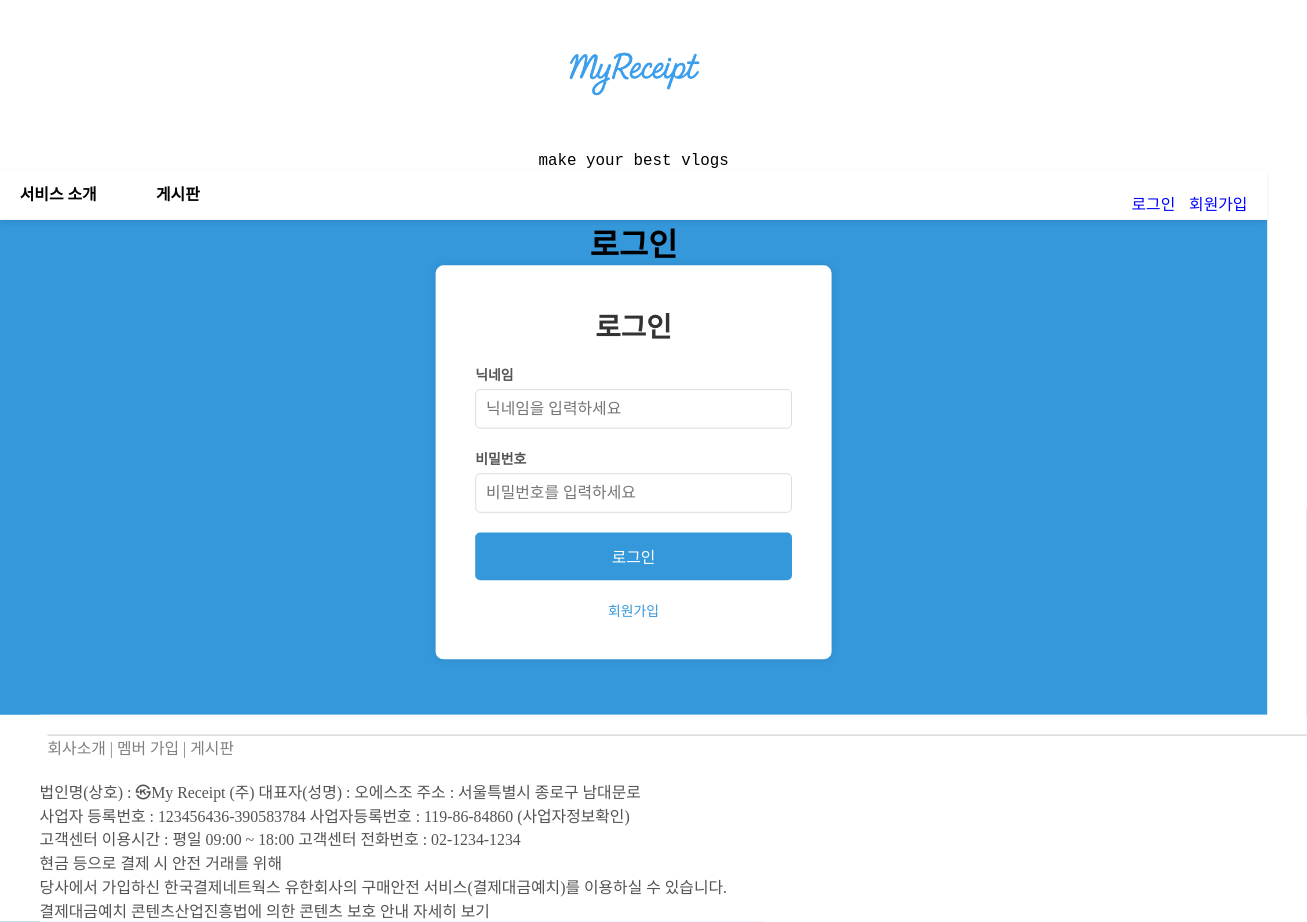
Repository: shong69/mini-project
Page: http://localhost/myReceipt2/login
These files come from the project's save history. The page is drawn as it stood at one moment and after the next save; the edit follows.
The browser window is 1280 px wide. The page is 1320 px wide, so the pictures cover 1320 px, including what lies to the right of the window. The pictures show the whole page, at 99% of full size.
Some web fonts or font styles are not loaded; a fallback is used. The page is served by Tomcat 10.

Above is the page before, as saved 2025-05-06 19:00:06.

After the next save:
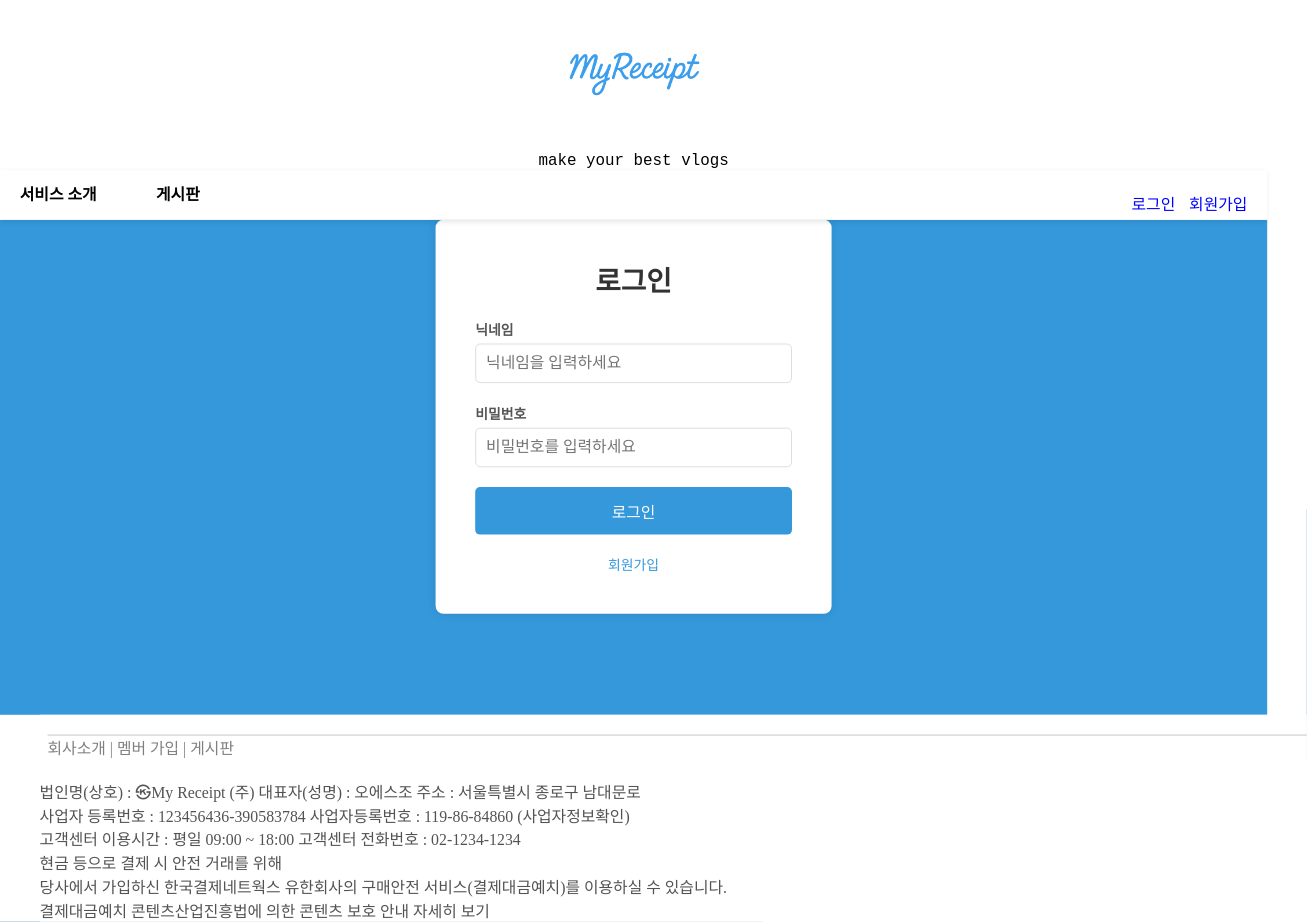
Saved 12 s later.
--- a/jspProject/myReceipt2/src/main/webapp/WEB-INF/views/login.jsp
+++ b/jspProject/myReceipt2/src/main/webapp/WEB-INF/views/login.jsp
@@ -91,7 +91,6 @@ button:hover {
 	<jsp:include page="/WEB-INF/views/common/header.jsp"></jsp:include>
 
 	<main>
-		<h1>로그인</h1>
 		<form action="login" method="post" class="login-form">
 		    <h2>로그인</h2>
 		    <div class="input-group">
